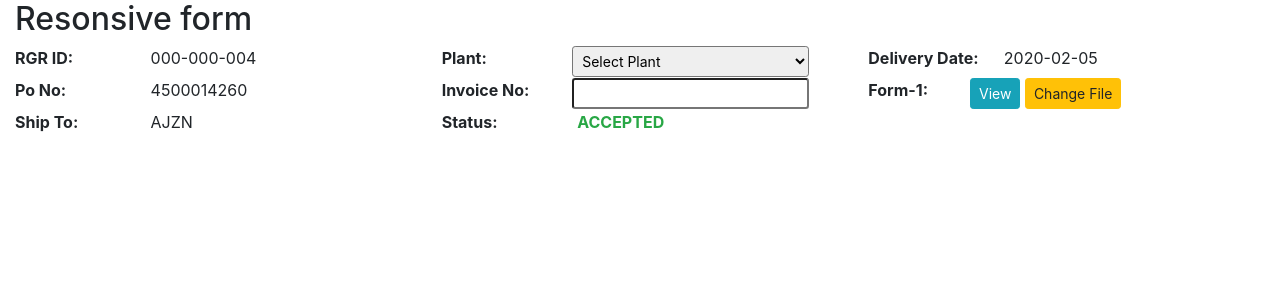
Repository: karthikairasu/Others_work
Page: form.html
An editor plug-in stored every save of this project. The page is shown before and after the next save, followed by the edit.
The browser window is 1280 px wide. The pictures show the whole page.

Above is the page before, as saved 2020-06-28 17:16:22.

### form.html
<!DOCTYPE html>
<html lang="en">
  <head>
    <title>Bootstrap Example</title>
    <meta charset="utf-8" />
    <meta name="viewport" content="width=device-width, initial-scale=1" />
    <link
      rel="stylesheet"
      href="https://maxcdn.bootstrapcdn.com/bootstrap/4.5.0/css/bootstrap.min.css"
    />
    <script src="https://ajax.googleapis.com/ajax/libs/jquery/3.5.1/jquery.min.js"></script>
    <script src="https://cdnjs.cloudflare.com/ajax/libs/popper.js/1.16.0/umd/popper.min.js"></script>
    <script src="https://maxcdn.bootstrapcdn.com/bootstrap/4.5.0/js/bootstrap.min.js"></script>
  </head>
  <body>
    <div class="container-fluid">
      <h2>Resonsive form</h2>
      <form class="" action="">
        <div class="row">
          <div class="col-md-4">
            <div class="form-row">
              <label class="col-md-4"><b>RGR ID:</b></label>
              <label class="col-md-7" id="RGR_ID">000-000-004 </label>
            </div>
            <div class="form-row">
              <label class="col-md-4"><b>Po No:</b></label>
              <label class="col-md-7" id="Po_No">4500014260 </label>
            </div>
            <div class="form-row">
              <label class="col-md-4"><b>Ship To:</b></label>
              <label class="col-md-7" id="Ship_To">AJZN </label>
            </div>
          </div>
          <div class="col-md-4">
            <div class="form-row">
              <label class="col-md-4"><b>Plant:</b></label>
              <select
                class="form-control-sm col-md-7"
                name="plant"
                style="width: 60%;"
                required=""
              >
                <option value="">Select Plant</option>

                <option value="Riyadh">Riyadh</option>

                <option value="Jeddha">Jeddha</option>

                <option value="Dammam">Dammam</option>

                <option value="PMAH ">PMAH </option>
              </select>
            </div>
            <div class="form-row">
              <label class="col-md-4"><b>Invoice No:</b></label>
              <input
                type="text"
                class="form-control-sm col-md-7"
                id="Invoice_No"
              />
            </div>
            <div class="form-row">
              <label class="col-md-4"><b>Status:</b></label>
              <label class="col-md-7 text-success" id="Status"
                ><b>ACCEPTED</b></label
              >
            </div>
          </div>
          <div class="col-md-4">
            <div class="form-row">
              <label class="col-md-4"><b>Delivery Date:</b></label>
              <label class="col-md-7" id="Delivery Date">2020-02-05 </label>
            </div>
            <div class="form-row">
              <label class="col-md-3"><b>Form-1:</b></label>
              <label class="col-md-8" id="form_1">
                <button class="btn btn-info btn-sm">View</button>
                <button class="btn btn-warning btn-sm">Change File</button>
              </label>
            </div>
          </div>
        </div>
      </form>
    </div>
  </body>
</html>

After the next save:
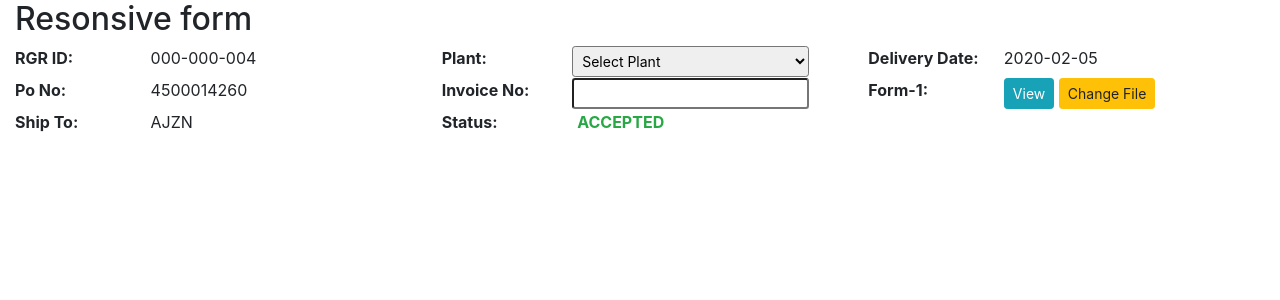
Saved 27 s later.
--- a/form.html
+++ b/form.html
@@ -72,8 +72,8 @@
               <label class="col-md-7" id="Delivery Date">2020-02-05 </label>
             </div>
             <div class="form-row">
-              <label class="col-md-3"><b>Form-1:</b></label>
-              <label class="col-md-8" id="form_1">
+              <label class="col-md-4"><b>Form-1:</b></label>
+              <label class="col-md-7" id="form_1">
                 <button class="btn btn-info btn-sm">View</button>
                 <button class="btn btn-warning btn-sm">Change File</button>
               </label>
